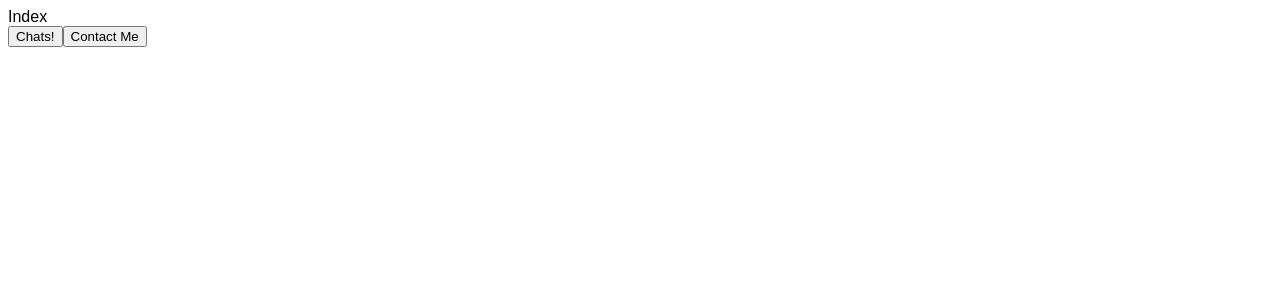
Repository: semileeBCIT/MDIA2109Tut4
Page: /
An editor plug-in stored every save of this project. The page is shown before and after the next save, followed by the edit.
The browser window is 1280 px wide. The pictures show the whole page.
The project was rebuilt for these pictures with package versions that can differ from the ones it lists, and the page was loaded fresh each time. The framework's server and built-in components were replaced by stand-ins that run in the browser. Also part of the build but not shown: next.config.js.

Above is the page before, as saved 2020-04-15 14:25:16.

### pages/index.js
import Link from 'next/link';
import Router from 'next/router';
import './app.css';

function ClickIndex(){

    document.querySelector("#mainapp").style.right = "-100%";
    setTimeout(function(){
      Router.push("/ChatPage");
  }, 1000)
}

const Index = () => <div id="mainapp">
    <div onClick={ClickIndex}>Index</div>

    <Link href="/ChatPage"><button>Chats!</button></Link>
    <Link href="/Contact"><button>Contact Me</button></Link>
</div>

export default Index;

### pages/app.css
*{
    font-family: 'Raleway', sans-serif;
}

#mainapp{
    position:relative;
    right:0;
    opacity: 1;
    transition: opacity 1s, right 1s;
}

After the next save:
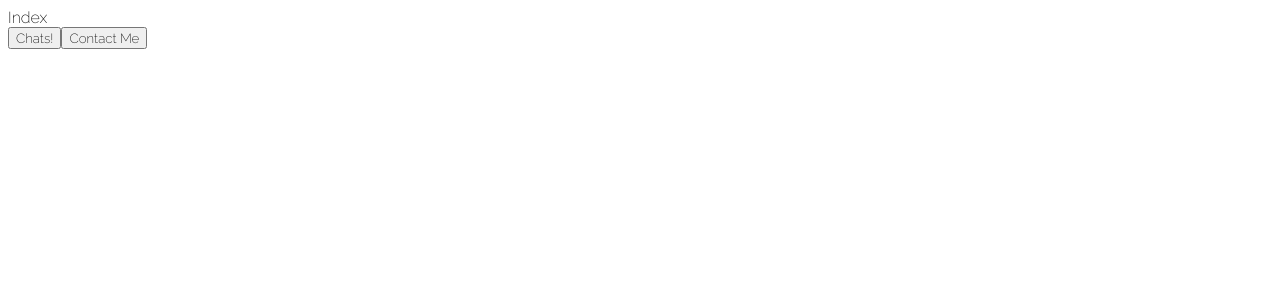
Saved 2 min 2 s later.
--- a/pages/index.js
+++ b/pages/index.js
@@ -11,6 +11,7 @@ function ClickIndex(){
 }
 
 const Index = () => <div id="mainapp">
+    <link href="https://fonts.googleapis.com/css2?family=Raleway:wght@200&display=swap" rel="stylesheet"></link>
     <div onClick={ClickIndex}>Index</div>
 
     <Link href="/ChatPage"><button>Chats!</button></Link>
